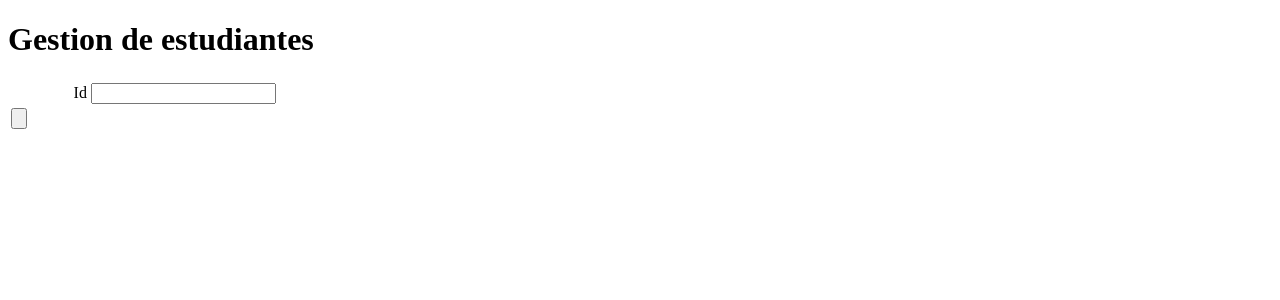
Repository: Carlos-Mar14/JAVA-JEE
Page: gestestjdbc/src/main/webapp/index.html
These files come from the project's save history. The page is drawn as it stood at one moment and after the next save; the edit follows.
The browser window is 1280 px wide. The pictures show the whole page.

Above is the page before, as saved 2024-06-07 17:04:53.

After the next save:
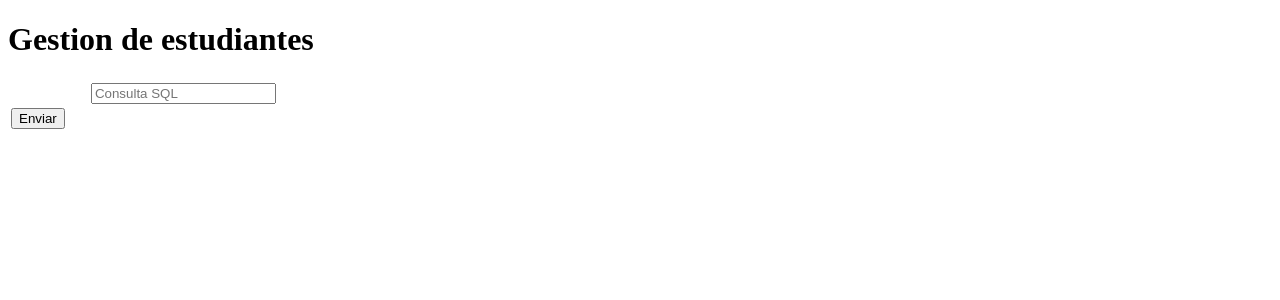
Saved 2 min 14 s later.
--- a/gestestjdbc/src/main/webapp/index.html
+++ b/gestestjdbc/src/main/webapp/index.html
@@ -9,12 +9,12 @@
 	<form method="post" action="Controlador">
 		<table>
 			<tr>
-				<td align="right" width="20%">Id</td>
-			<td width="60%"><input type="text" name="id"></td>
+				<td align="right" width="20%"></td>
+				<td width="60%"><input type="text" name="id" placeholder="Consulta SQL"></td>
 			</tr>
 			<tr>
 				<td>
-					<input type="button">
+					<input type="submit" value="Enviar">
 				</td>
 			</tr>
 		</table>
